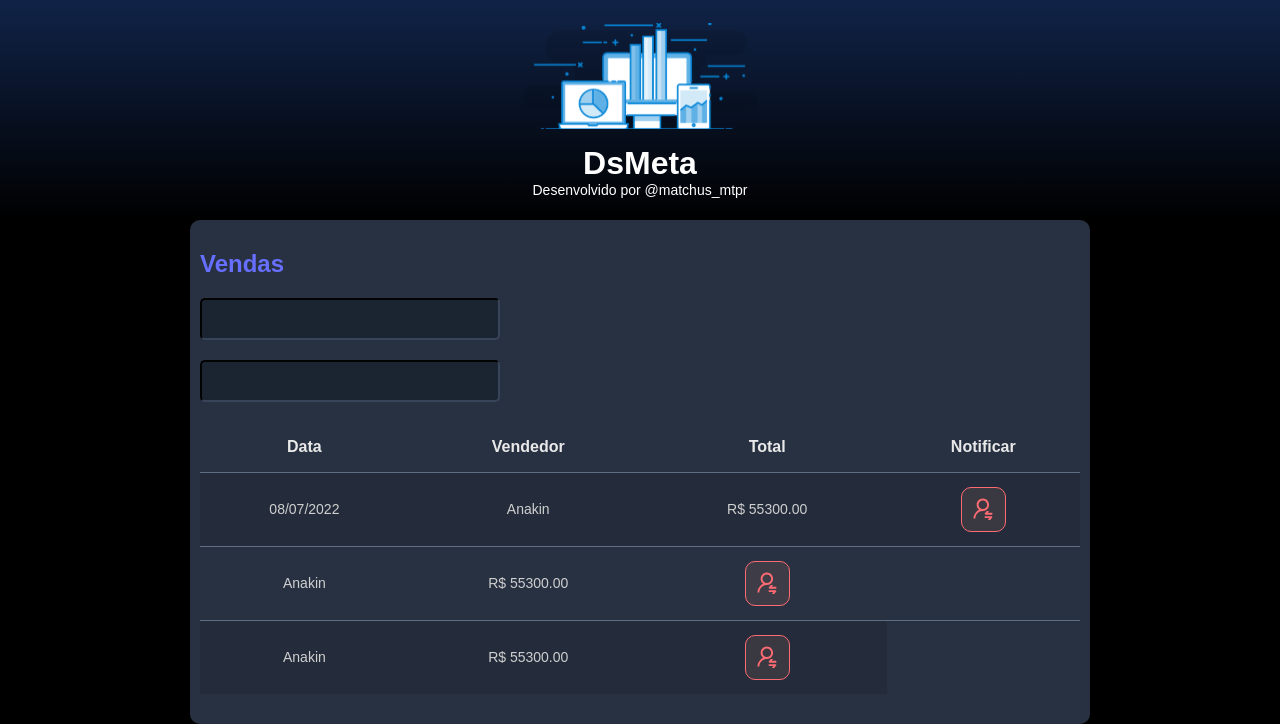
Repository: MatheusAlvesPereiraRosa/ds-meta
Page: index.html
These files come from the project's save history. The page is drawn as it stood at one moment and after the next save; the edit follows.
The browser window is 1280 px wide. The pictures show the whole page.

Above is the page before, as saved 2022-09-05 17:10:23.

After the next save:
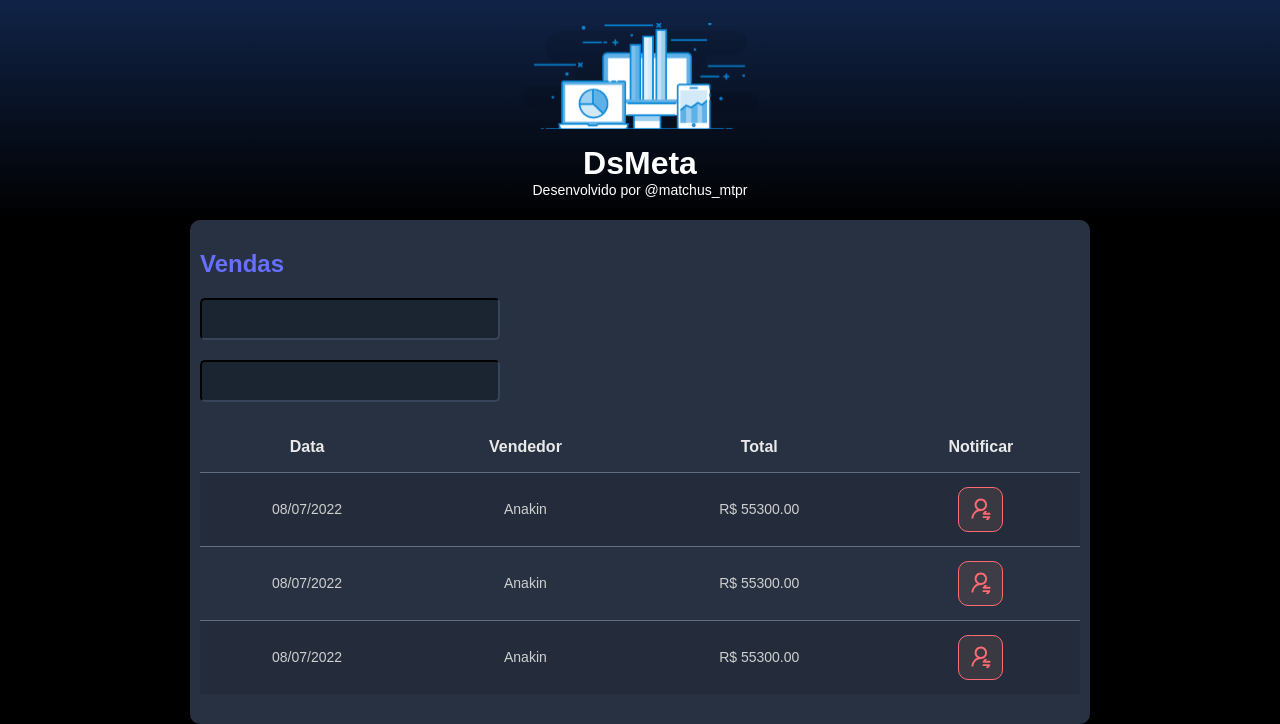
Saved 8 s later.
--- a/index.html
+++ b/index.html
@@ -61,6 +61,7 @@
                   </tr>
 
                   <tr>
+                    <td>08/07/2022</td>
                     <td>Anakin</td>
                     <td>R$ 55300.00</td>
                     <td>
@@ -73,6 +74,7 @@
                     </td>
                   </tr>
                   <tr>
+                    <td>08/07/2022</td>
                     <td>Anakin</td>
                     <td>R$ 55300.00</td>
                     <td>
